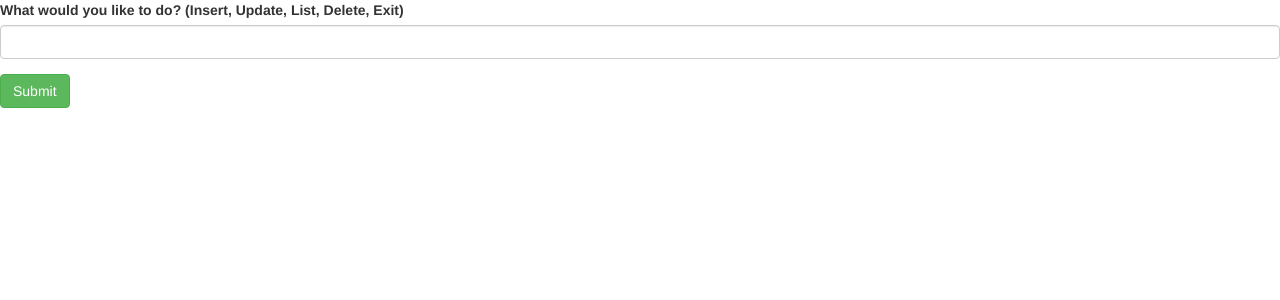
Repository: kddean/Lab2
Page: ToDoSystem/WebContent/ToDo.html
These files come from the project's save history. The page is drawn as it stood at one moment and after the next save; the edit follows.
The browser window is 1280 px wide. The pictures show the whole page.

Above is the page before, as saved 2016-03-03 05:47:07.

After the next save:
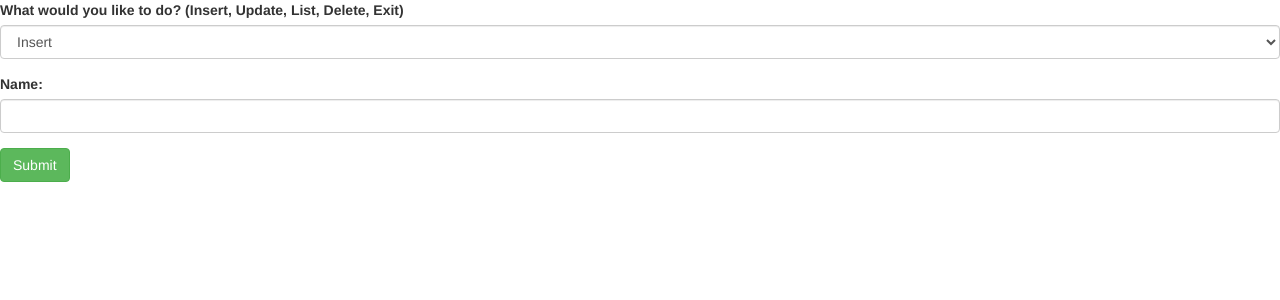
Saved 3 min 31 s later.
--- a/ToDoSystem/WebContent/ToDo.html
+++ b/ToDoSystem/WebContent/ToDo.html
@@ -11,10 +11,19 @@
 <body>
 <form name= "ToDoForm" method="post" action="ToDoServlet">
 <div class="form-group">
-  <label for="usr">What would you like to do? (Insert, Update, List, Delete, Exit)</label>
-   <input type="text" class="form-control" id="usr">
+  <label for="sel1">What would you like to do? (Insert, Update, List, Delete, Exit)</label>
+   <select class="form-control" id="sel1">
+    <option>Insert</option>
+    <option>Update</option>
+    <option>List</option>
+    <option>Delete</option>
+    <option>Exit</option>
+  </select>
 </div>
-
+<div class="form-group">
+  <label for="usr">Name:</label>
+  <input type="text" class="form-control" id="usr">
+</div>
 <button type="button" class="btn btn-success">Submit</button>
 </form>
 </body>
